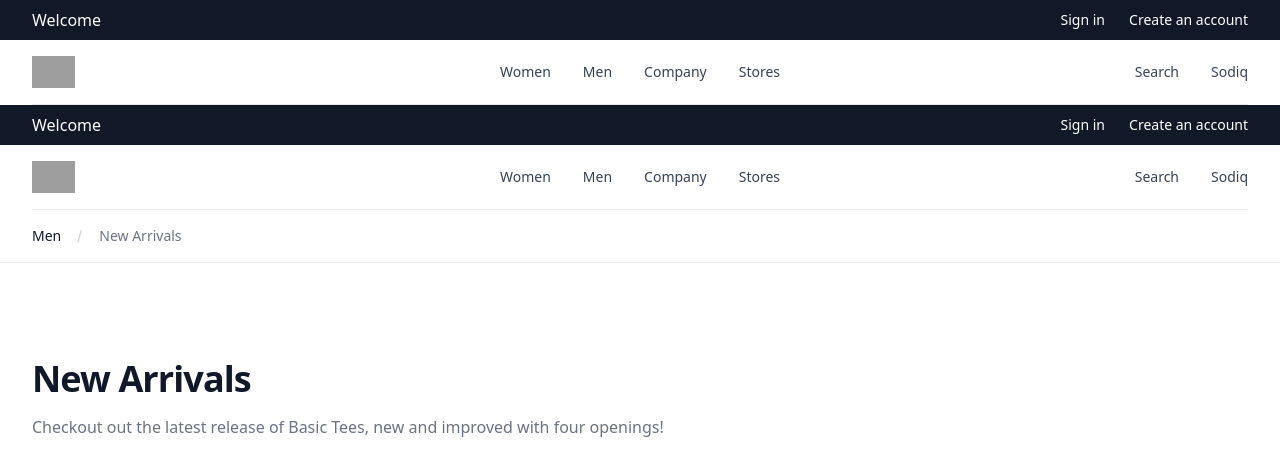
Repository: thasquirrie/animal-farm
Page: /
The author's editor kept a copy of each file at every save. The page is drawn from the files as they stood at one save, then again after the next save.
The browser window is 1280 px wide. The pictures show the part of the page from y = 0 to 476 px (the page is 2590 px tall before and 2537 px after).
Pictures or frames that could not be fetched are drawn as grey boxes. The project was rebuilt for these pictures with package versions that can differ from the ones it lists, and the page was loaded fresh each time. The framework's server and built-in components were replaced by stand-ins that run in the browser. Also part of the build but not shown: next.config.js.

Above is the page before, as saved 2021-10-01 14:41:27.

### pages/_app.js
import '../styles/globals.css';
import Header from '../components/Header';
// console.log(Header);

function MyApp({ Component, pageProps }) {
  // console.log({ Component, pageProps });
  return (
    <>
      <Header />
      <Component {...pageProps} />
    </>
  );
}

export default MyApp;

### pages/index.js
/* eslint-disable @next/next/no-img-element */
import { Fragment, useState } from 'react';
import Link from 'next/link';
// import Head from 'next/head';
// import Image from 'next/image';
// import styles from '../styles/Home.module.css';
import Header from '../components/Header';

import {
  Dialog,
  Disclosure,
  Popover,
  Tab,
  Transition,
} from '@headlessui/react';
import {
  MenuIcon,
  SearchIcon,
  ShoppingBagIcon,
  XIcon,
} from '@heroicons/react/outline';
import { ChevronDownIcon, PlusSmIcon } from '@heroicons/react/solid';
// import Header from '../components/Header';
import products from '../data/products.json';

export default function Home() {
  const [modal, setModal] = useState(false);
  const navigation = {
    categories: [
      {
        id: 'women',
        name: 'Women',
        featured: [
          {
            name: 'New Arrivals',
            href: '#',
            imageSrc:
              'https://tailwindui.com/img/ecommerce-images/mega-menu-category-01.jpg',
            imageAlt:
              'Models sitting back to back, wearing Basic Tee in black and bone.',
          },
          {
            name: 'Basic Tees',
            href: '#',
            imageSrc:
              'https://tailwindui.com/img/ecommerce-images/mega-menu-category-02.jpg',
            imageAlt:
              'Close up of Basic Tee fall bundle with off-white, ochre, olive, and black tees.',
          },
        ],
        sections: [
          {
            id: 'clothing',
            name: 'Clothing',
            items: [
              { name: 'Tops', href: '#' },
              { name: 'Dresses', href: '#' },
              { name: 'Pants', href: '#' },
              { name: 'Denim', href: '#' },
              { name: 'Sweaters', href: '#' },
              { name: 'T-Shirts', href: '#' },
              { name: 'Jackets', href: '#' },
              { name: 'Activewear', href: '#' },
              { name: 'Browse All', href: '#' },
            ],
          },
          {
            id: 'accessories',
            name: 'Accessories',
            items: [
              { name: 'Watches', href: '#' },
              { name: 'Wallets', href: '#' },
              { name: 'Bags', href: '#' },
              { name: 'Sunglasses', href: '#' },
              { name: 'Hats', href: '#' },
              { name: 'Belts', href: '#' },
            ],
          },
          {
            id: 'brands',
            name: 'Brands',
            items: [
              { name: 'Full Nelson', href: '#' },
              { name: 'My Way', href: '#' },
              { name: 'Re-Arranged', href: '#' },
              { name: 'Counterfeit', href: '#' },
              { name: 'Significant Other', href: '#' },
            ],
          },
        ],
      },
      {
        id: 'men',
        name: 'Men',
        featured: [
          {
            name: 'New Arrivals',
            href: '#',
            imageSrc:
              'https://tailwindui.com/img/ecommerce-images/product-page-04-detail-product-shot-01.jpg',
            imageAlt:
              'Drawstring top with elastic loop closure and textured interior padding.',
          },
          {
            name: 'Artwork Tees',
            href: '#',
            imageSrc:
              'https://tailwindui.com/img/ecommerce-images/category-page-02-image-card-06.jpg',
            imageAlt:
              'Three shirts in gray, white, and blue arranged on table with same line drawing of hands and shapes overlapping on front of shirt.',
          },
        ],
        sections: [
          {
            id: 'clothing',
            name: 'Clothing',
            items: [
              { name: 'Tops', href: '#' },
              { name: 'Pants', href: '#' },
              { name: 'Sweaters', href: '#' },
              { name: 'T-Shirts', href: '#' },
              { name: 'Jackets', href: '#' },
              { name: 'Activewear', href: '#' },
              { name: 'Browse All', href: '#' },
            ],
          },
          {
            id: 'accessories',
            name: 'Accessories',
            items: [
              { name: 'Watches', href: '#' },
              { name: 'Wallets', href: '#' },
              { name: 'Bags', href: '#' },
              { name: 'Sunglasses', href: '#' },
              { name: 'Hats', href: '#' },
              { name: 'Belts', href: '#' },
            ],
          },
          {
            id: 'brands',
            name: 'Brands',
            items: [
              { name: 'Re-Arranged', href: '#' },
              { name: 'Counterfeit', href: '#' },
              { name: 'Full Nelson', href: '#' },
              { name: 'My Way', href: '#' },
            ],
          },
        ],
      },
    ],
    pages: [
      { name: 'Company', href: '#' },
      { name: 'Stores', href: '#' },
    ],
  };
  const breadcrumbs = [{ id: 1, name: 'Men', href: '#' }];
  const filters = [
    // {
    //   id: 'color',
    //   name: 'Color',
    //   options: [
    //     { value: 'white', label: 'White' },
    //     { value: 'beige', label: 'Beige' },
    //     { value: 'blue', label: 'Blue' },
    //     { value: 'brown', label: 'Brown' },
    //     { value: 'green', label: 'Green' },
    //     { value: 'purple', label: 'Purple' },
    //   ],
    // },
    {
      id: 'category',
      name: 'Category',
      options: [
        { value: 'new-arrivals', label: 'All New Arrivals' },
        { value: 'tees', label: 'Tees' },
        { value: 'crewnecks', label: 'Crewnecks' },
        { value: 'sweatshirts', label: 'Sweatshirts' },
        { value: 'pants-shorts', label: 'Pants & Shorts' },
      ],
    },
    // {
    //   id: 'sizes',
    //   name: 'Sizes',
    //   options: [
    //     { value: 'xs', label: 'XS' },
    //     { value: 's', label: 'S' },
    //     { value: 'm', label: 'M' },
    //     { value: 'l', label: 'L' },
    //     { value: 'xl', label: 'XL' },
    //     { value: '2xl', label: '2XL' },
    //   ],
    // },
  ];
  // const products = [
  //   {
  //     id: 1,
  //     name: 'Basic Tee 8-Pack',
  //     // href: `/products/${this.id}`,
  //     price: '$256',
  //     description:
  //       'Get the full lineup of our Basic Tees. Have a fresh shirt all week, and an extra for laundry day.',
  //     options: '8 colors',
  //     imageSrc:
  //       'https://tailwindui.com/img/ecommerce-images/category-page-02-image-card-01.jpg',
  //     imageAlt:
  //       'Eight shirts arranged on table in black, olive, grey, blue, white, red, mustard, and green.',
  //   },
  //   {
  //     id: 2,
  //     name: 'Basic Tee',
  //     href: '#',
  //     price: '$32',
  //     description:
  //       'Look like a visionary CEO and wear the same black t-shirt every day.',
  //     options: 'Black',
  //     imageSrc:
  //       'https://tailwindui.com/img/ecommerce-images/category-page-02-image-card-02.jpg',
  //     imageAlt: 'Front of plain black t-shirt.',
  //   },
  //   // More products...
  // ];

  console.log(products);
  const footerNavigation = {
    products: [
      { name: 'Bags', href: '#' },
      { name: 'Tees', href: '#' },
      { name: 'Objects', href: '#' },
      { name: 'Home Goods', href: '#' },
      { name: 'Accessories', href: '#' },
    ],
    company: [
      { name: 'Who we are', href: '#' },
      { name: 'Sustainability', href: '#' },
      { name: 'Press', href: '#' },
      { name: 'Careers', href: '#' },
      { name: 'Terms & Conditions', href: '#' },
      { name: 'Privacy', href: '#' },
    ],
    customerService: [
      { name: 'Contact', href: '#' },
      { name: 'Shipping', href: '#' },
      { name: 'Returns', href: '#' },
      { name: 'Warranty', href: '#' },
      { name: 'Secure Payments', href: '#' },
      { name: 'FAQ', href: '#' },
      { name: 'Find a store', href: '#' },
    ],
  };

  function classNames(...classes) {
    return classes.filter(Boolean).join(' ');
  }

  // export default function Example() {
  // const [mobileMenuOpen, setMobileMenuOpen] = useState(false);
  const [mobileFiltersOpen, setMobileFiltersOpen] = useState(false);

  return (
    <div className='bg-white'>
      <Header />
      <div>
        {/* Mobile filter dialog */}
        <Transition.Root show={mobileFiltersOpen} as={Fragment}>
          <Dialog
            as='div'
            className='fixed inset-0 flex z-40 lg:hidden'
            onClose={setMobileFiltersOpen}
          >
            <Transition.Child
              as={Fragment}
              enter='transition-opacity ease-linear duration-300'
              enterFrom='opacity-0'
              enterTo='opacity-100'
              leave='transition-opacity ease-linear duration-300'
              leaveFrom='opacity-100'
              leaveTo='opacity-0'
            >
              <Dialog.Overlay className='fixed inset-0 bg-black bg-opacity-25' />
            </Transition.Child>

            <Transition.Child
              as={Fragment}
              enter='transition ease-in-out duration-300 transform'
              enterFrom='translate-x-full'
              enterTo='translate-x-0'
              leave='transition ease-in-out duration-300 transform'
              leaveFrom='translate-x-0'
              leaveTo='translate-x-full'
            >
              <div className='ml-auto relative max-w-xs w-full h-full bg-white shadow-xl py-4 pb-6 flex flex-col overflow-y-auto'>
                <div className='px-4 flex items-center justify-between'>
                  <h2 className='text-lg font-medium text-gray-900'>Filters</h2>
                  <button
                    type='button'
                    className='-mr-2 w-10 h-10 p-2 flex items-center justify-center text-gray-400 hover:text-gray-500'
                    onClick={() => setMobileFiltersOpen(false)}
                  >
                    <span className='sr-only'>Close menu</span>
                    <XIcon className='h-6 w-6' aria-hidden='true' />
                  </button>
                </div>

                {/* Filters */}
                <form className='mt-4'>
                  {filters.map((section) => (
                    <Disclosure
                      as='div'
                      key={section.name}
                      className='border-t border-gray-200 pt-4 pb-4'
                    >
                      {({ open }) => (
                        <fieldset>
                          <legend className='w-full px-2'>
                            <Disclosure.Button className='w-full p-2 flex items-center justify-between text-gray-400 hover:text-gray-500'>
                              <span className='text-sm font-medium text-gray-900'>
                                {section.name}
                              </span>
                              <span className='ml-6 h-7 flex items-center'>
                                <ChevronDownIcon
                                  className={classNames(
                                    open ? '-rotate-180' : 'rotate-0',
                                    'h-5 w-5 transform'
                                  )}
                                  aria-hidden='true'
                                />
                              </span>
                            </Disclosure.Button>
                          </legend>
                          <Disclosure.Panel className='pt-4 pb-2 px-4'>
                            <div className='space-y-6'>
                              {section.options.map((option, optionIdx) => (
                                <div
                                  key={option.value}
                                  className='flex items-center'
                                >
                                  <input
                                    id={`${section.id}-${optionIdx}-mobile`}
                                    name={`${section.id}[]`}
                                    defaultValue={option.value}
                                    type='checkbox'
                                    className='h-4 w-4 border-gray-300 rounded text-indigo-600 focus:ring-indigo-500'
                                  />
                                  <label
                                    htmlFor={`${section.id}-${optionIdx}-mobile`}
                                    className='ml-3 text-sm text-gray-500'
                                  >
                                    {option.label}
                                  </label>
                                </div>
                              ))}
                            </div>
                          </Disclosure.Panel>
                        </fieldset>
                      )}
                    </Disclosure>
                  ))}
                </form>
              </div>
            </Transition.Child>
          </Dialog>
        </Transition.Root>

        <div className='border-b border-gray-200'>
          <nav
            aria-label='Breadcrumb'
            className='max-w-7xl mx-auto px-4 sm:px-6 lg:px-8'
          >
            <ol role='list' className='flex items-center space-x-4 py-4'>
              {breadcrumbs.map((breadcrumb) => (
                <li key={breadcrumb.id}>
                  <div className='flex items-center'>
                    <a
                      href={breadcrumb.href}
                      className='mr-4 text-sm font-medium text-gray-900'
                    >
                      {breadcrumb.name}
                    </a>
                    <svg
                      viewBox='0 0 6 20'
                      xmlns='http://www.w3.org/2000/svg'
                      aria-hidden='true'
                      className='h-5 w-auto text-gray-300'
                    >
                      <path
                        d='M4.878 4.34H3.551L.27 16.532h1.327l3.281-12.19z'
                        fill='currentColor'
                      />
                    </svg>
                  </div>
                </li>
              ))}
              <li className='text-sm'>
                <a
                  href='#'
                  aria-current='page'
                  className='font-medium text-gray-500 hover:text-gray-600'
                >
                  New Arrivals
                </a>
              </li>
            </ol>
          </nav>
        </div>

        <main className='max-w-2xl mx-auto px-4 lg:max-w-7xl lg:px-8'>
          <div className='border-b border-gray-200 pt-24 pb-10'>
            <h1 className='text-4xl font-extrabold tracking-tight text-gray-900'>
              New Arrivals
            </h1>
            <p className='mt-4 text-base text-gray-500'>
              Checkout out the latest release of Basic Tees, new and improved
              with four openings!
            </p>
          </div>

          <div className='pt-12 pb-24 lg:grid lg:grid-cols-3 lg:gap-x-8 xl:grid-cols-4'>
            <aside>
              <h2 className='sr-only'>Filters</h2>

              <button
                type='button'
                className='inline-flex items-center lg:hidden'
                onClick={() => setMobileFiltersOpen(true)}
              >
                <span className='text-sm font-medium text-gray-700'>
                  Filters
                </span>
                <PlusSmIcon
                  className='flex-shrink-0 ml-1 h-5 w-5 text-gray-400'
                  aria-hidden='true'
                />
              </button>

              <div className='hidden lg:block'>
                <form className='divide-y divide-gray-200 space-y-10'>
                  {filters.map((section, sectionIdx) => (
                    <div
                      key={section.name}
                      className={sectionIdx === 0 ? null : 'pt-10'}
                    >
                      <fieldset>
                        <legend className='block text-sm font-medium text-gray-900'>
                          {section.name}
                        </legend>
                        <div className='pt-6 space-y-3'>
                          {section.options.map((option, optionIdx) => (
                            <div
                              key={option.value}
                              className='flex items-center'
                            >
                              <input
                                id={`${section.id}-${optionIdx}`}
                                name={`${section.id}[]`}
                                defaultValue={option.value}
                                type='checkbox'
                                className='h-4 w-4 border-gray-300 rounded text-indigo-600 focus:ring-indigo-500'
                              />
                              <label
                                htmlFor={`${section.id}-${optionIdx}`}
                                className='ml-3 text-sm text-gray-600'
                              >
                                {option.label}
                              </label>
                            </div>
                          ))}
                        </div>
                      </fieldset>
                    </div>
                  ))}
                </form>
              </div>
            </aside>

            <section
              aria-labelledby='product-heading'
              className='mt-6 lg:mt-0 lg:col-span-2 xl:col-span-3'
            >
              <h2 id='product-heading' className='sr-only'>
                Products
              </h2>

              <div className='grid grid-cols-1 gap-y-4 sm:grid-cols-2 sm:gap-x-6 sm:gap-y-10 lg:gap-x-8 xl:grid-cols-3'>
                {products.map((product) => (
                  <div
                    key={product.id}
                    className='group relative bg-white border border-gray-200 rounded-lg flex flex-col overflow-hidden'
                  >
                    <div className='aspect-w-3 aspect-h-4 bg-gray-200 group-hover:opacity-75 sm:aspect-none sm:h-96'>
                      <img
                        src={product.imageSrc}
                        alt={product.imageAlt}
                        className='w-full h-full object-center object-cover sm:w-full sm:h-full'
                      />
                    </div>
                    <div className='flex-1 p-4 space-y-2 flex flex-col'>
                      <h3 className='text-sm font-medium text-gray-900'>
                        <Link href={`/products/${product.id}`}>
                          {/* {console.log(`/products/${product.id}`)} */}
                          <a>
                            <span
                              aria-hidden='true'
                              className='absolute inset-0'
                            />
                            {product.name}
                          </a>
                        </Link>
                      </h3>
                      <p className='text-sm text-gray-500'>
                        {product.description}
                      </p>
                      <div className='flex-1 flex flex-col justify-end'>
                        <p className='text-sm italic text-gray-500'>
                          {product.options}
                        </p>
                        <p className='text-base font-medium text-gray-900'>
                          {product.price}
                        </p>
                      </div>
                    </div>
                  </div>
                ))}
              </div>
            </section>
          </div>
        </main>

        <footer
          aria-labelledby='footer-heading'
          className='bg-white border-t border-gray-200'
        >
          <h2 id='footer-heading' className='sr-only'>
            Footer
          </h2>
          <div className='max-w-7xl mx-auto px-4 sm:px-6 lg:px-8'>
            <div className='py-20'>
              <div className='grid grid-cols-1 md:grid-cols-12 md:grid-flow-col md:gap-x-8 md:gap-y-16 md:auto-rows-min'>
                {/* Image section */}
                <div className='col-span-1 md:col-span-2 lg:row-start-1 lg:col-start-1'>
                  <img
                    src='https://tailwindui.com/img/logos/workflow-mark.svg?color=indigo&shade=600'
                    alt=''
                    className='h-8 w-auto'
                  />
                </div>

                {/* Sitemap sections */}
                <div className='mt-10 col-span-6 grid grid-cols-2 gap-8 sm:grid-cols-3 md:mt-0 md:row-start-1 md:col-start-3 md:col-span-8 lg:col-start-2 lg:col-span-6'>
                  <div className='grid grid-cols-1 gap-y-12 sm:col-span-2 sm:grid-cols-2 sm:gap-x-8'>
                    <div>
                      <h3 className='text-sm font-medium text-gray-900'>
                        Products
                      </h3>
                      <ul role='list' className='mt-6 space-y-6'>
                        {footerNavigation.products.map((item) => (
                          <li key={item.name} className='text-sm'>
                            <a
                              href={item.href}
                              className='text-gray-500 hover:text-gray-600'
                            >
                              {item.name}
                            </a>
                          </li>
                        ))}
                      </ul>
                    </div>
                    <div>
                      <h3 className='text-sm font-medium text-gray-900'>
                        Company
                      </h3>
                      <ul role='list' className='mt-6 space-y-6'>
                        {footerNavigation.company.map((item) => (
                          <li key={item.name} className='text-sm'>
                            <a
                              href={item.href}
                              className='text-gray-500 hover:text-gray-600'
                            >
                              {item.name}
                            </a>
                          </li>
                        ))}
                      </ul>
                    </div>
                  </div>
                  <div>
                    <h3 className='text-sm font-medium text-gray-900'>
                      Customer Service
                    </h3>
                    <ul role='list' className='mt-6 space-y-6'>
                      {footerNavigation.customerService.map((item) => (
                        <li key={item.name} className='text-sm'>
                          <a
                            href={item.href}
                            className='text-gray-500 hover:text-gray-600'
                          >
                            {item.name}
                          </a>
                        </li>
                      ))}
                    </ul>
                  </div>
                </div>

                {/* Newsletter section */}
                <div className='mt-12 md:mt-0 md:row-start-2 md:col-start-3 md:col-span-8 lg:row-start-1 lg:col-start-9 lg:col-span-4'>
                  <h3 className='text-sm font-medium text-gray-900'>
                    Sign up for our newsletter
                  </h3>
                  <p className='mt-6 text-sm text-gray-500'>
                    The latest deals and savings, sent to your inbox weekly.
                  </p>
                  <form className='mt-2 flex sm:max-w-md'>
                    <label htmlFor='email-address' className='sr-only'>
                      Email address
                    </label>
                    <input
                      id='email-address'
                      type='text'
                      autoComplete='email'
                      required
                      className='appearance-none min-w-0 w-full bg-white border border-gray-300 rounded-md shadow-sm py-2 px-4 text-base text-gray-900 placeholder-gray-500 focus:outline-none focus:border-indigo-500 focus:ring-1 focus:ring-indigo-500'
                    />
                    <div className='ml-4 flex-shrink-0'>
                      <button
                        type='submit'
                        className='w-full bg-indigo-600 border border-transparent rounded-md shadow-sm py-2 px-4 flex items-center justify-center text-base font-medium text-white hover:bg-indigo-700 focus:outline-none focus:ring-2 focus:ring-offset-2 focus:ring-indigo-500'
                      >
                        Sign up
                      </button>
                    </div>
                  </form>
                </div>
              </div>
            </div>

            <div className='border-t border-gray-100 py-10 text-center'>
              <p className='text-sm text-gray-500'>
                &copy; 2021 Workflow, Inc. All rights reserved.
              </p>
            </div>
          </div>
        </footer>
      </div>
    </div>
  );
}

// }

Loaded but not shown: styles/globals.css (common file); tailwind.config.js (common file); data/products.json (402 lines, source omitted); components/Header.jsx (555 lines, source omitted)

After the next save:
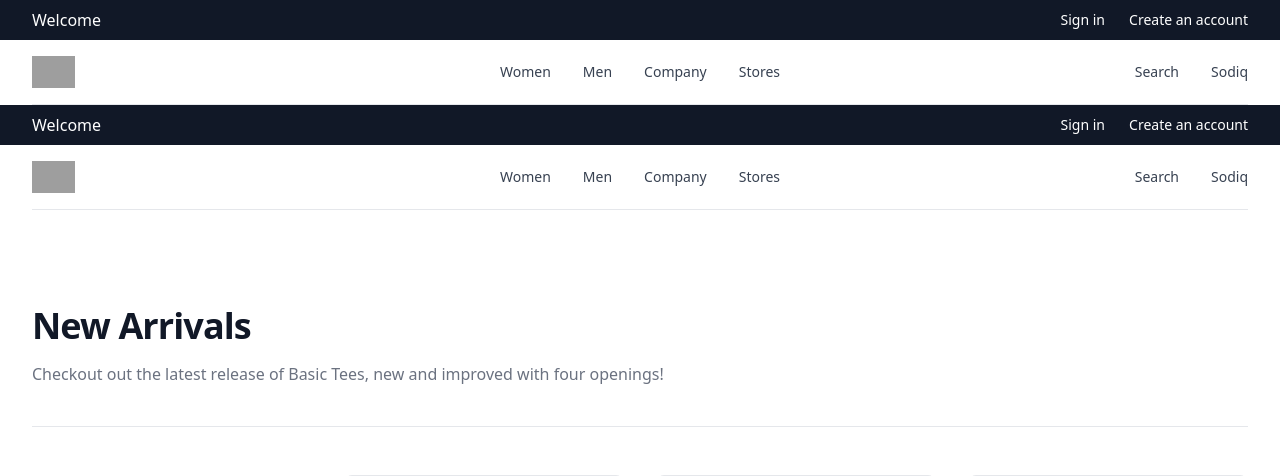
Saved 83 s later.
--- a/pages/index.js
+++ b/pages/index.js
@@ -362,7 +362,7 @@ export default function Home() {
           </Dialog>
         </Transition.Root>
 
-        <div className='border-b border-gray-200'>
+        {/* <div className='border-b border-gray-200'>
           <nav
             aria-label='Breadcrumb'
             className='max-w-7xl mx-auto px-4 sm:px-6 lg:px-8'
@@ -402,7 +402,7 @@ export default function Home() {
               </li>
             </ol>
           </nav>
-        </div>
+        </div> */}
 
         <main className='max-w-2xl mx-auto px-4 lg:max-w-7xl lg:px-8'>
           <div className='border-b border-gray-200 pt-24 pb-10'>
